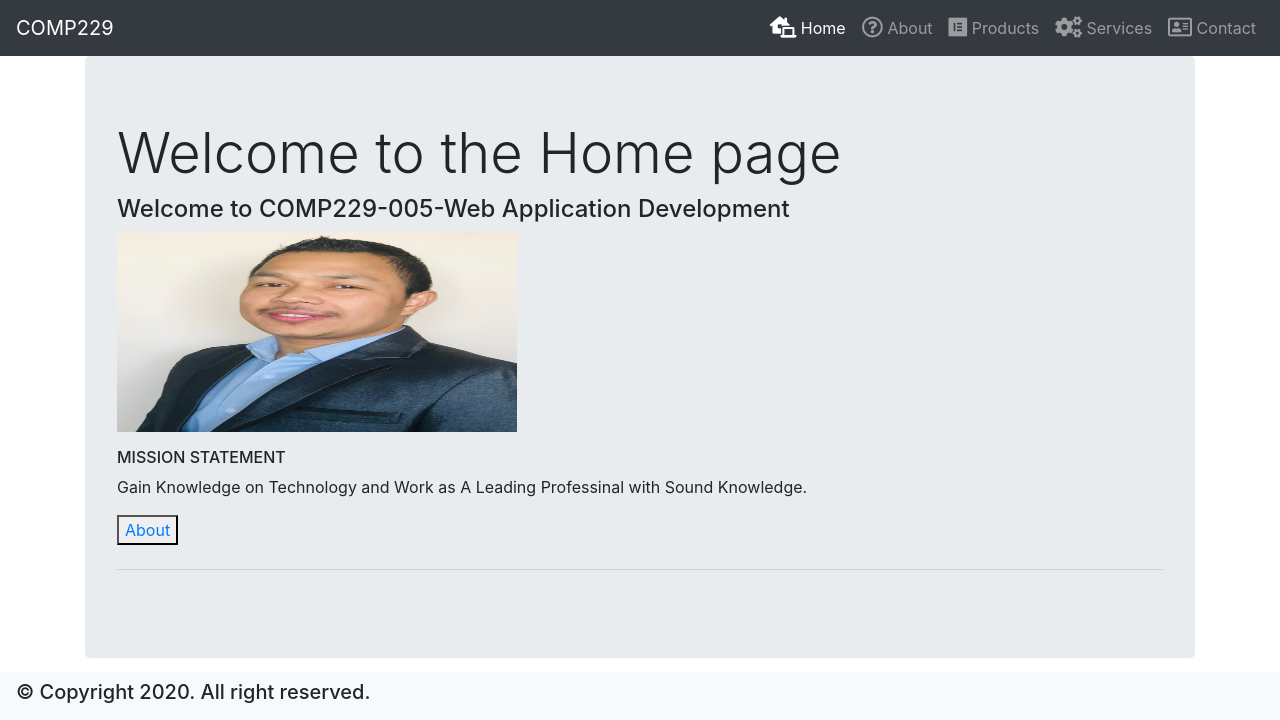
Repository: laxmangothe2020/COMP229Assignment
Page: http://localhost/
These files come from the project's save history. The page is drawn as it stood at one moment and after the next save; the edit follows.
The browser window is 1280 px wide. The pictures show the whole page.
The page is served by the project's Node server (server.js). Other server files are loaded and not shown.

Above is the page before, as saved 2021-02-11 00:41:37.

### views/index.ejs

<%- include partials/header.ejs %>

   <%- include partials/main_nav.ejs %>

      <!-- Main Contain -->
   <main class="container">
    <div class="jumbotron">
    <h1 class="display-4"> Welcome to the <%= title %> page </h1>
    <!--Using Switch case all infornation passed through here-->
      <% switch (title) {
        case 'Home' : %>
        <%- include partials/home.ejs %>
                <% break;

        case 'About' : %>
        <%- include partials/about.ejs %>
                <% break;

        case 'Products' : %>
        <%- include partials/products.ejs %>
                <% break;

        case 'Services' : %>
        <%- include partials/services.ejs %>
                <% break;

        case 'Contact' : %>
        <%- include partials/contact.ejs %>
              <% break;
       } %>
      <hr class="my-4">
    </div>
  </main>

   <%- include partials/bottom_nav.ejs %>


    <%- include partials/footer.ejs %>

### views/partials/header.ejs

<!DOCTYPE html>
<html lang="en">
  <head>
   <meta charset="UTF-8">
   <meta name="viewport" content="with=device-width, initial-scale=1.0">
    <title><%= title %></title>

  <!-- CSS Section-->
  <link rel="stylesheet" href="/bootstrap/dist/css/bootstrap.min.css">
  <link rel="stylesheet" href="/@fortawesome/fontawesome-free/css/all.min.css">
  <link rel='stylesheet' href='/Content/app.css'/>

</head>
<body>

### views/partials/main_nav.ejs
<!-- Main Navigation -->
   <nav class="navbar navbar-expand-lg navbar-dark bg-dark">
      <a class="navbar-brand" href="/">COMP229</a>
      <button class="navbar-toggler" type="button" data-toggle="collapse" data-target="#navbarSupportedContent" aria-controls="navbarSupportedContent" aria-expanded="false" aria-label="Toggle navigation">
       <span class="navbar-toggler-icon"></span>
     </button>

     <div class="collapse navbar-collapse" id="navbarSupportedContent">
        <ul class="navbar-nav ml-auto">

          <% if (title == "Home") { %>
        <li class="nav-item active">
        <% } else { %>
        <li class="nav-item">
        <% } %>
          <a class="nav-link" href="/home"><i class="fas fa-lg fa-laptop-house"></i> Home </a>
        </li>

        <% if (title == "About") { %>
          <li class="nav-item active">
          <% } else { %>
          <li class="nav-item">
          <% } %>
        <a class="nav-link" href="/about"><i class="far fa-lg fa-question-circle"></i> About </a>
        </li>

        <% if (title == "Products") { %>
          <li class="nav-item active">
          <% } else { %>
          <li class="nav-item">
          <% } %>
        <a class="nav-link" href="/products"><i class="fab fa-lg fa-elementor"></i> Products </a>
        </li>

        <% if (title == "Services") { %>
          <li class="nav-item active">
          <% } else { %>
          <li class="nav-item">
          <% } %>
        <a class="nav-link" href="/services"><i class="fas fa-lg fa-cogs"></i> Services </a>
        </li>

        <% if (title == "Contact") { %>
          <li class="nav-item active">
          <% } else { %>
          <li class="nav-item">
          <% } %>
        <a class="nav-link" href="/contact"><i class="far fa-lg fa-address-card"></i> Contact </a>

        </li>

      </div>
    </nav>

### views/partials/home.ejs
<body>

    <div class="content">
        <h4>Welcome to COMP229-005-Web Application Development</h4>
        <img src="./Assets/images/lax.jpeg" width="400" height="200" >
        <p>
            <h6> MISSION STATEMENT</h6> Gain Knowledge on Technology and Work as A Leading Professinal with Sound Knowledge.
        </p>
        <p>
            <button class="active"><a href="/about"> About </a></button>
        </p>
    </div>

</body>

### views/partials/about.ejs

         <div id="contentEditable">


                    <div style="background-color: #C0C0C0;margin-bottom: 10px">
                        <h3 style="padding-left: 40px;padding-top:20px;color: #AA7439"> About Me </h3>
                        <div style="width: 100%;height:100%;background-color:#C0C0C0;">
                            <img src="./Assets/images/laxman.jpeg" alt="Security for Life" width="150" style="float: right;margin-left: 30px;margin-right:30px">
                           <p style="padding-left:15px; padding-right: 10px; color:#696969;margin:20px;text-align: justify;line-height:1.7;padding-bottom: 20px;">
                             &nbsp;&nbsp;&nbsp;&nbsp;&nbsp;&nbsp;&nbsp;&nbsp;The Civil Homes REALTORS® is a small, family owned real estate company with full-time Professional REALTORS®. We have been in business in Madison since 1990 and have helped hundreds of people and families buy and sell homes throughout the years all over Madison, Dane County and the surrounding counties. The Civil Homes REALTORS® is licensed in the State of Toronto.
                             <br>
                             <br>&nbsp;&nbsp;&nbsp;&nbsp;&nbsp;&nbsp;&nbsp;&nbsp;We pride ourselves on the quality of service that we provide, not the quantity that we sell. We find that our clients are extremely satisfied with the services we provide, because they know that our first concern is always their best interests. The wants and needs of our clients are always at the forefront of our business practices and are the driving force behind all that we do.

                           </p>
                       </div>


                    </div>
        </div>
<p><a href="/public/PDF/resume.pdf"> Resume </a></button></p>

### views/partials/products.ejs
<div class="row">
    <div class="column">
        <img src="./Assets/images/mobile.jpg" width="350" height="250" >
        <p> The main purpose to develop this project is<br>
            to roll the dice. we have two diaces here, <br>
            when we click on the roll button, it shows<br>
            the number and also shows the total number<br>
            by adding the number of both dice.</p>
    </div>
    <div class="column">
        <img src="./Assets/images/game.jpg" width="350" height="250" >
        <p> This is the Slot Machine Project. The main<br>
            purpose to develop this project is to show<br>
            how the jackpot works. When we bet  amount<br>
            and play,it shows either we win the game or<br>
            loose. It shows credic, balance and jackpot.</p>
    </div>
    <div class="column">
        <img src="./Assets/images/software.jpg" width="350" height="250" >
        <p> This is a 5 page project of Web Application<br>
            The main purpose to develop this project is <br>
            to run multi-pages and show the importance <br>
            of each pages. Home, About, Products, Services<br>
            and Contact pages are the pages of this project</p>
    </div>
 </div>

### views/partials/services.ejs
<div class="row">
    <div class="column">
        <img src="./Assets/images/qualityassurance.jpg" width="350" height="250" >
    </div>
    <div class="column">
        <img src="./Assets/images/softwaredev.jpg" width="350" height="250" >
    </div>
    <div class="column">
        <img src="./Assets/images/technical.jpg" width="350" height="250" >
    </div>
    <h3>Our Services:</h3> <br>
        <p>We work for several aspects of IT related tasks. Our Main purpose is to make sure on the Quality of our products.
            Similarly, Web designing, coding by using C#, JavaScript, Database are our major focus. We provide service to the customer
            in a fast paced way. All the customers are happy with our Service.
        </p>
</div>

### views/partials/contact.ejs
<div class="container">
    <h1 class="display-5">CONTACT FIELD</h1>
    <div id="errorMessage" class="alert alert-danger" role="alert" hidden>

    </div>
    <hr>
    <form id="conactForm">
      <div class="form-group">
        <label for="firstName">First Name</label>
        <input type="text" class="form-control" id="firstName" name="firstName" aria-describedby="firstName"
        placeholder="Enter First Name" required autofocus>
      </div>

      <div class="form-group">
        <label for="lastName">Last Name</label>
        <input type="text" class="form-control" id="lastName" name="lastName" aria-describedby="lastName"
        placeholder="Enter Last Name" required>
      </div>

      <div class="form-group">
        <label for="contactNumber">Contact Number</label>
        <input type="tel" class="form-control" id="contactNumber" name="contactNumber" aria-describedby="contactNumber"
        placeholder="Enter Contact Number" required>
      </div>

      <div class="form-group">
        <label for="emailAddress">Email address</label>
        <input type="email" class="form-control" id="emailAddress" name="emailAddress" aria-describedby="emailAddress"
        placeholder="Enter Email" required>
      </div>

      <div class="form-group">
        <label for="shortMessage">Your Message</label>
        <textarea class="form-control" id="shortMessage"  name="shortMessage" rows="3" aria-describedby="shortMessage" placeholder="--If you have Short message, please write here--" required></textarea></textarea>
      </div>

      <a href="/"><button type="button" value="Submit"class="btn btn-primary btn-lg"><i class="fas fa-file-import"></i>Send</button></a>
      <!--<button id="submitButton" type="submit" class="btn btn-primary btn-lg"><i class="fas fa-share-square"></i> Send</button> -->
      <button id="resetButton" type="reset" class="btn btn-warning btn-lg"><i class="fas fa-redo"></i> Reset</button>
      <br>
      <br>
      <br>
    </form>

  </div>

### views/partials/bottom_nav.ejs
<!-- Bottom Nav -->

    <footer>
       <nav class="navbar fixed-bottom navbar-light bg-light">
           <h5 class="display-6 navbar.text">&copy; Copyright 2020. All right reserved.</h5>
       </nav>

    </footer>

### views/partials/footer.ejs
<!-- Script Section-->
    <script src="/jquery/dist/jquery.min.js"></script>
    <script src="/bootstrap/dist/js/bootstrap.min.js"></script>
    <script src="/Scripts/app.js"></script>
 </body>
</html>

### server.js
#!/usr/bin/env node

/**
 * Module dependencies.
 */

let app = require('./app');
let debug = require('debug')('week4:server');
let http = require('http');

/**
 * Get port from environment and store in Express.
 */

let port = normalizePort(process.env.PORT || '3000');
app.set('port', port);

/**
 * Create HTTP server.
 */

let server = http.createServer(app);

/**
 * Listen on provided port, on all network interfaces.
 */

server.listen(port);
server.on('error', onError);
server.on('listening', onListening);

/**
 * Normalize a port into a number, string, or false.
 */

function normalizePort(val) {
  let port = parseInt(val, 10);

  if (isNaN(port)) {
    // named pipe
    return val;
  }

  if (port >= 0) {
    // port number
    return port;
  }

  return false;
}

/**
 * Event listener for HTTP server "error" event.
 */

function onError(error) {
  if (error.syscall !== 'listen') {
    throw error;
  }

  let bind = typeof port === 'string'
    ? 'Pipe ' + port
    : 'Port ' + port;

  // handle specific listen errors with friendly messages
  switch (error.code) {
    case 'EACCES':
      console.error(bind + ' requires elevated privileges');
      process.exit(1);
      break;
    case 'EADDRINUSE':
      console.error(bind + ' is already in use');
      process.exit(1);
      break;
    default:
      throw error;
  }
}

/**
 * Event listener for HTTP server "listening" event.
 */

function onListening() {
  let addr = server.address();
  let bind = typeof addr === 'string'
    ? 'pipe ' + addr
    : 'port ' + addr.port;
  debug('Listening on ' + bind);
}

### routes/index.js
var express = require('express');
var router = express.Router();

/* GET home page. */
router.get('/', function(req, res, next) {
  res.render('index', { title: 'Home'});
});

/* GET home page. */
router.get('/home', function(req, res, next) {
  res.render('index', { title: 'Home'});
});

/* GET About page. */
router.get('/about', function(req, res, next) {
  res.render('index', { title: 'About'});
});

/* GET Products page. */
router.get('/products', function(req, res, next) {
  res.render('index', { title: 'Products'});
});

/* GET Services page. */
router.get('/services', function(req, res, next) {
  res.render('index', { title: 'Services'});
});


/* GET Contact us page. */
router.get('/contact', function(req, res, next) {
  res.render('index', { title: 'Contact'});
});

module.exports = router;

### app.js
//installed third party packages
let createError = require('http-errors');
let express = require('express');
let path = require('path');
let cookieParser = require('cookie-parser');
let logger = require('morgan');

let indexRouter = require('./routes/index');
let usersRouter = require('./routes/users');

let app = express();

// view engine setup
app.set('views', path.join(__dirname, 'views'));
app.set('view engine', 'ejs');

app.use(logger('dev'));
app.use(express.json());
app.use(express.urlencoded({ extended: false }));
app.use(cookieParser());
app.use(express.static(path.join(__dirname, 'public')));
app.use(express.static(path.join(__dirname, 'node_modules')));

app.use('/', indexRouter);
app.use('/users', usersRouter);
app.use('/public/images', express.static('./public/images') ) ;
app.use('/public/PDF', express.static('./public/PDF'));
app.use('/views/partials', express.static('./views/partials'));


// catch 404 and forward to error handler
app.use(function(req, res, next) {
  next(createError(404));
});

// error handler
app.use(function(err, req, res, next) {
  // set locals, only providing error in development
  res.locals.message = err.message;
  res.locals.error = req.app.get('env') === 'development' ? err : {};

  // render the error page
  res.status(err.status || 500);
  res.render('error');
  res.render('error', {title: 'Error'});
});

module.exports = app;

### public/Content/app.css
/* Custom CSS goes here */

### public/Scripts/app.js
// IIFE
(function(){
    function start()
    {
        console.log("App started...")
    }
    window.addEventListener("load", start);

})();

After the next save:
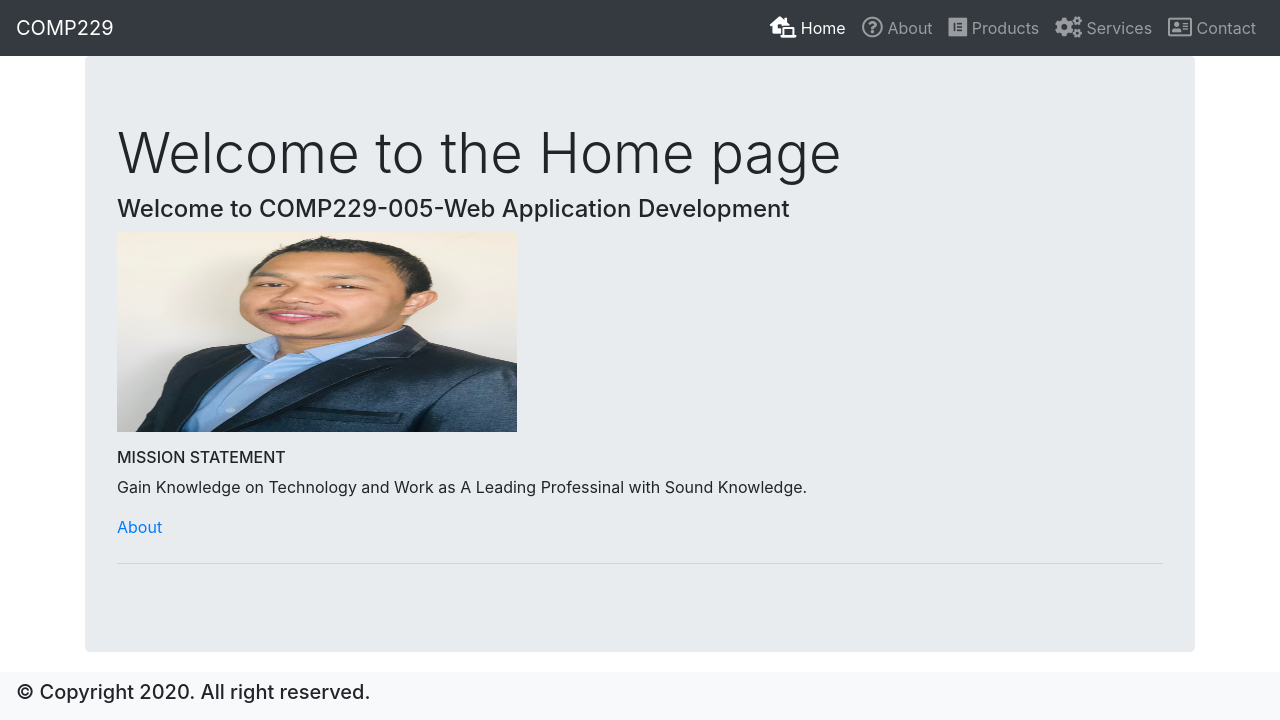
Saved 56 s later.
--- a/views/partials/home.ejs
+++ b/views/partials/home.ejs
@@ -7,7 +7,7 @@
             <h6> MISSION STATEMENT</h6> Gain Knowledge on Technology and Work as A Leading Professinal with Sound Knowledge.
         </p>
         <p>
-            <button class="active"><a href="/about"> About </a></button>
+            <a href="/about"> About </a>
         </p>
     </div>
 
